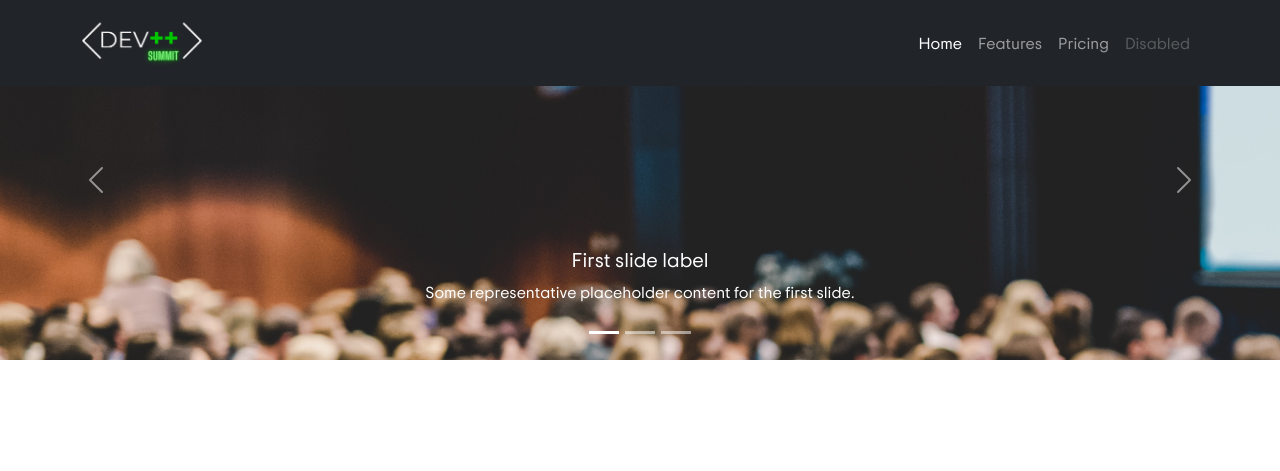
Repository: GScholl/ProjetoWeb_
Page: index.html
These files come from the project's save history. The page is drawn as it stood at one moment and after the next save; the edit follows.
The browser window is 1280 px wide. The pictures show the whole page.

Above is the page before, as saved 2023-08-23 09:21:40.

### index.html
<!DOCTYPE html>
<html lang="pt-BR">

<head>
  <meta charset="UTF-8">
  <meta name="viewport" content="width=device-width, initial-scale=1.0">
  <title>Dev+</title>
  <link rel="stylesheet" href="/Bootstrap/css/bootstrap.min.css">
  <link rel="stylesheet" href="/css/style.css">
</head>

<body>
  <nav class="navbar navbar-expand-lg fixed-top navbar-dark bg-dark t">
    <div class="container d-flex  flex-row  justify-content-between">


        <a class="navbar-brand" href="#"><img src="/img/DEV+.png" alt="logotipo da conferência" class="logo"></a>
        <button class="navbar-toggler" type="button" data-bs-toggle="collapse" data-bs-target="#navbarNav"
          aria-controls="navbarNav" aria-expanded="false" aria-label="Toggle navigation">
          <span class="navbar-toggler-icon"></span>
        </button>

      <div class="collapse navbar-collapse justify-content-end " id="navbarNav">
        <ul class="navbar-nav">
          <li class="nav-item">
            <a class="nav-link active" aria-current="page" href="#">Home</a>
          </li>
          <li class="nav-item">
            <a class="nav-link" href="#">Features</a>
          </li>
          <li class="nav-item">
            <a class="nav-link" href="#">Pricing</a>
          </li>
          <li class="nav-item">
            <a class="nav-link disabled">Disabled</a>
          </li>
        </ul>
      </div>

    </div>
  </nav>
<div id="carouselExampleCaptions" class="carousel slide" data-bs-ride="false">
  <div class="carousel-indicators">
    <button type="button" data-bs-target="#carouselExampleCaptions" data-bs-slide-to="0" class="active"
      aria-current="true" aria-label="Slide 1"></button>
    <button type="button" data-bs-target="#carouselExampleCaptions" data-bs-slide-to="1" aria-label="Slide 2"></button>
    <button type="button" data-bs-target="#carouselExampleCaptions" data-bs-slide-to="2" aria-label="Slide 3"></button>
  </div>

  <div class="carousel-inner">
    <div class="carousel-item active  item-1">

      <div class="carousel-caption d-none d-md-block">
        <h5>First slide label</h5>
        <p>Some representative placeholder content for the first slide.</p>
      </div>
    </div>
    <div class="carousel-item item-2 ">
      <img src="/img/2.png" class="d-block w-100" alt="Palestra">
      <div class="carousel-caption d-none d-md-block">
        <h5>Second slide label</h5>
        <p>Some representative placeholder content for the second slide.</p>
      </div>
    </div>
    <div class="carousel-item item-3">
    <img src="/img/3.png" class="d-block w-100" alt="Palestrante">
      <div class="carousel-caption d-none d-md-block">
        <h5>Third slide label</h5>
        <p>Some representative placeholder content for the third slide.</p>
      </div>
    </div>
  </div>
  <button class="carousel-control-prev" type="button" data-bs-target="#carouselExampleCaptions" data-bs-slide="prev">
    <span class="carousel-control-prev-icon" aria-hidden="true"></span>
    <span class="visually-hidden">Previous</span>
  </button>
  <button class="carousel-control-next" type="button" data-bs-target="#carouselExampleCaptions" data-bs-slide="next">
    <span class="carousel-control-next-icon" aria-hidden="true"></span>
    <span class="visually-hidden">Next</span>
  </button>
</div>
  <script src="/Bootstrap/js/bootstrap.bundle.min.js"></script>
</body>

</html>

### css/style.css
@font-face {
  font-family: "Trip-sans";
  src: url(/font/TripSans-Regular.ttf);
}
*{
  font-family: "Trip-sans",sans-serif;
  transition: .2s all;
}
.logo{

  height: 60px;
}
.item-1{
  background-image: url(/img/1.png);
  height: 50vh;;
}
.item-2{

}
.item-3{

}

Loaded but not shown: Bootstrap/css/bootstrap.min.css (library); Bootstrap/js/bootstrap.bundle.min.js (library)

After the next save:
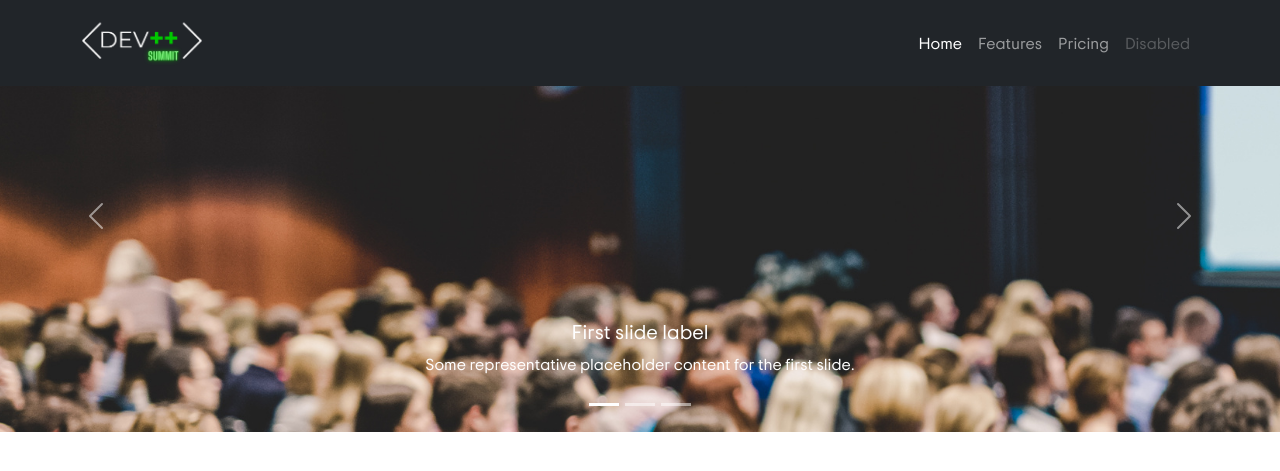
Saved 6 s later.
--- a/css/style.css
+++ b/css/style.css
@@ -12,7 +12,7 @@
 }
 .item-1{
   background-image: url(/img/1.png);
-  height: 50vh;;
+  height: 60vh;
 }
 .item-2{
 
